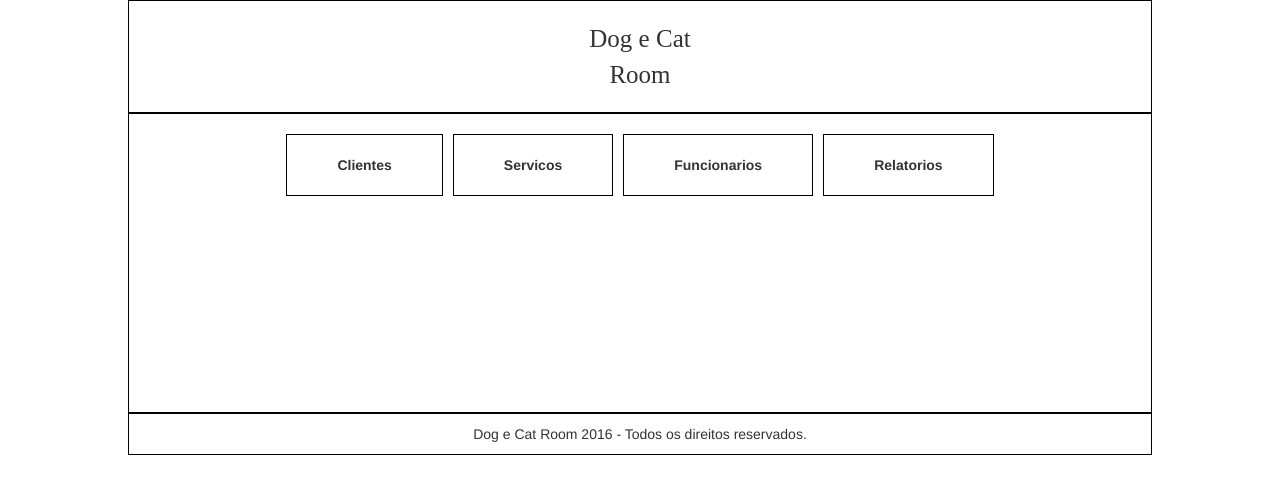
Repository: Natanzx/DogECatRoom
Page: http://localhost/DogECatRoom/principal.jsp
An editor plug-in stored every save of this project. The page is shown before and after the next save, followed by the edit.
The browser window is 1280 px wide. The pictures show the whole page.
The page is served by Tomcat 9. Other server files are loaded and not shown.

Above is the page before, as saved 2016-05-15 20:09:01.

### DogECatRoom/WebContent/principal.jsp
<%@ page language="java" contentType="text/html; charset=ISO-8859-1"
    pageEncoding="ISO-8859-1"%>
<!DOCTYPE html PUBLIC "-//W3C//DTD HTML 4.01 Transitional//EN" "http://www.w3.org/TR/html4/loose.dtd">
<html>
<head>
<meta http-equiv="Content-Type" content="text/html; charset=ISO-8859-1">
<title>DogECatRoom</title>
<jsp:include page="/template/head.jsp" />
</head>
<body>
<div class="divMargin">

	<jsp:include page="/template/cabecalho_padrao.jsp" />

		<div class="content">

			<div class="divMenuOpcoes">
				<div class="divMenu">Clientes</div>
				<div class="divMenu">Servicos</div>
				<div class="divMenu">Funcionarios</div>
				<div class="divMenu">Relatorios</div>
			</div>

		</div>

		<jsp:include page="/template/rodape_padrao.jsp" />
	</div>
</body>
</html>

### DogECatRoom/WebContent/template/head.jsp

	<meta http-equiv="Content-Type" content="text/html; charset=ISO-8859-1">
	<link rel="stylesheet" type="text/css"
		href="/DogECatRoom/bibliotecas/css/estilos.css">
	<link rel="stylesheet" type="text/css"
		href="/DogECatRoom/bibliotecas/css/bootstrap.css">

### DogECatRoom/WebContent/template/cabecalho_padrao.jsp
		<div class="divHead">
			Dog e Cat <br> Room
		</div>

### DogECatRoom/WebContent/template/rodape_padrao.jsp
		<div class="divRodape">
			Dog e Cat Room 2016 - Todos os direitos reservados.
		</div>

### DogECatRoom/WebContent/bibliotecas/css/estilos.css
@CHARSET "ISO-8859-1";

.divMargin{
	width				: 80%;
	margin				: auto;

}
.divHead{
	text-align			: center;
	font-size			: 25px;
	font-family			: Century Gothic;
	border				: 1px solid black;
	padding				: 20px 0px;
}

.divRodape{
	text-align			: center;
	padding				: 10px 0px;
	border				: 1px solid black;
}

.content{
	min-height			: 300px;
	padding 			: 20px 0px;
	border				: 1px solid black;
}

.divMenuOpcoes{
	text-align			: center;
	overflow			: auto;
	position			: relative;
	display				: table;
	margin				: auto;
}

.divMenu{
	border				: 1px solid black;
	display				: table;
	padding				: 20px 50px;
	float				: left;
	font-weight			: bold;
	margin				: 0px 5px;
}

Loaded but not shown: DogECatRoom/WebContent/bibliotecas/css/bootstrap.css (library)

After the next save:
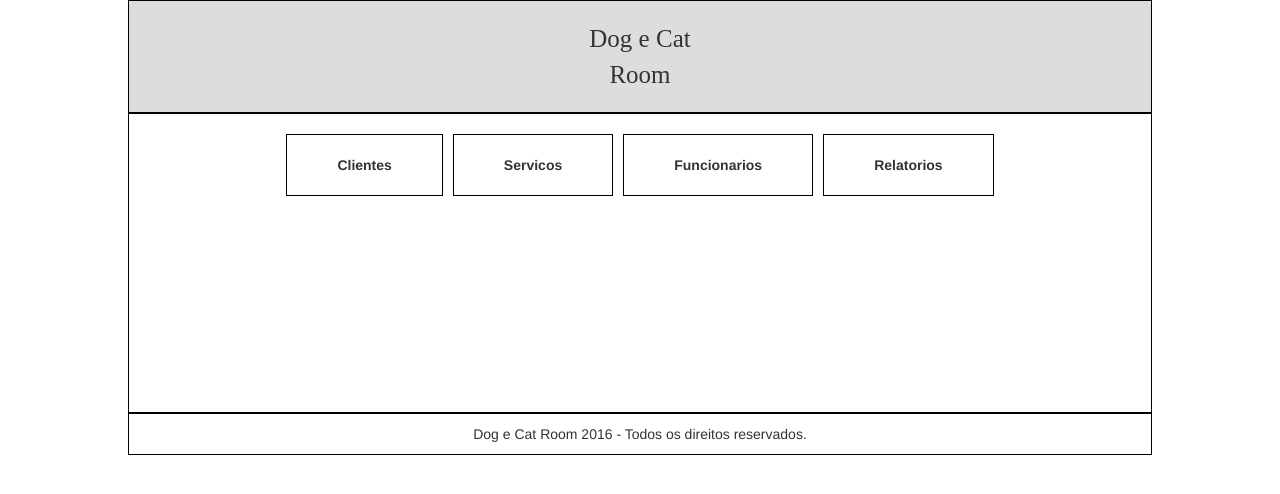
Saved 13 min 15 s later.
--- a/DogECatRoom/WebContent/bibliotecas/css/estilos.css
+++ b/DogECatRoom/WebContent/bibliotecas/css/estilos.css
@@ -11,6 +11,7 @@
 	font-family			: Century Gothic;
 	border				: 1px solid black;
 	padding				: 20px 0px;
+	background			: #ddd;
 }
 
 .divRodape{
